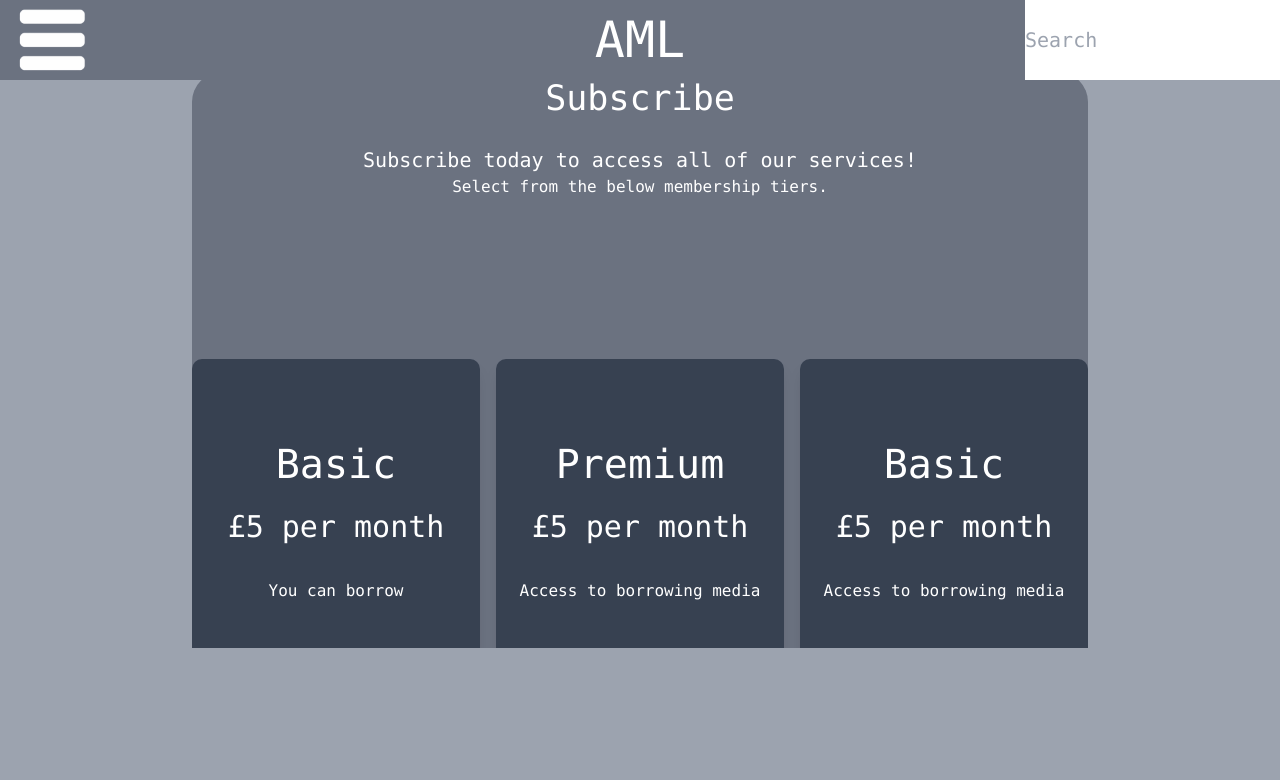
Repository: DuyKhanhDo/AML-Concept
Page: http://localhost/subscribe
The author's editor kept a copy of each file at every save. The page is drawn from the files as they stood at one save, then again after a run of saves.
The browser window is 1280 px wide. The pictures show the whole page.
Some web libraries are served in a nearby version. The page is served by the project's Laravel application, run on PHP 8.4 with Laravel 12. A made-up administrator, Test User (test@example.com), is signed in.

Above is the page before, as saved 2024-11-11 13:03:53.

After the next 4 saves:
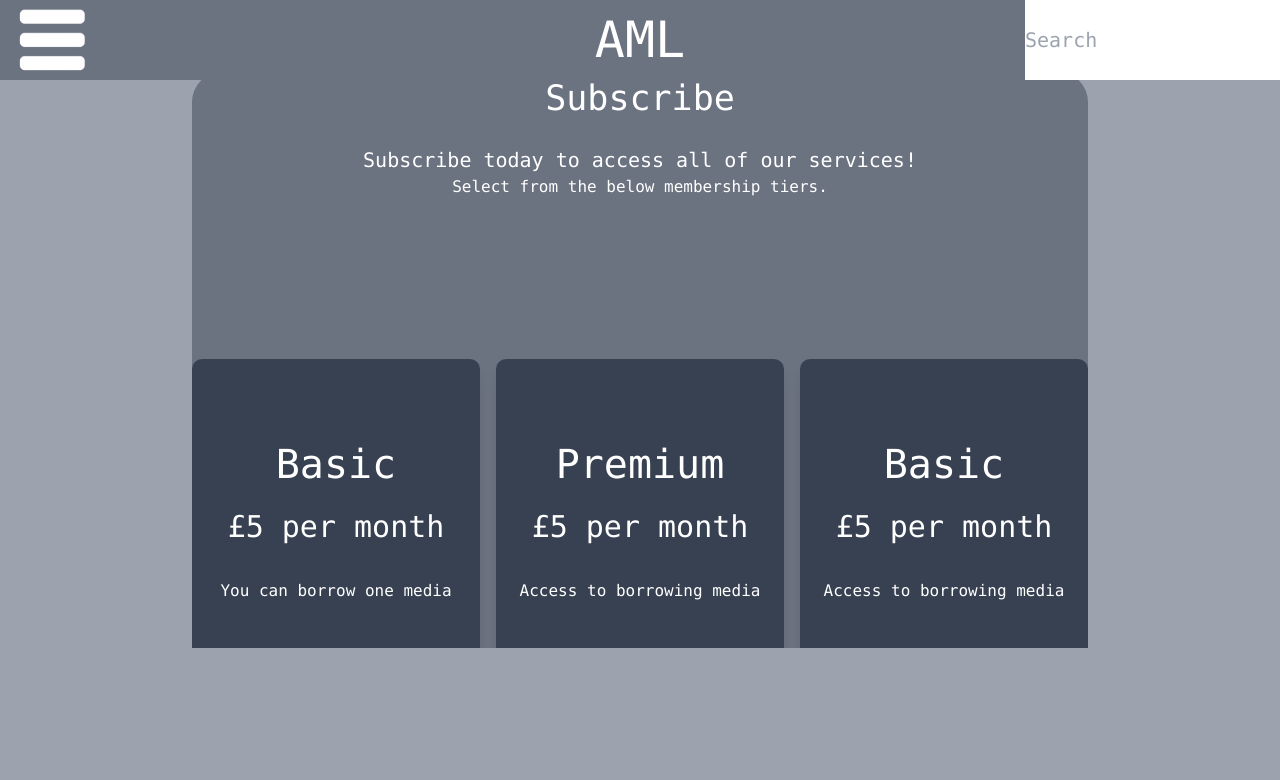
The 4 saves are shown as one change because they came seconds apart.
The last was saved 11 s later.
--- a/resources/views/subscribe.blade.php
+++ b/resources/views/subscribe.blade.php
@@ -6,7 +6,7 @@
                 <h3 class="text-[20px] mt-[20px]">Subscribe today to access all of our services!</h3>
                 <h5>Select from the below membership tiers.</h5>
                 <div class="flex overflow-x-auto w-full space-x-4 justify-center">
-                    <x-subscription-tier tier='Basic' price='£5' benefits='You can borrow '></x-subscription-tier>
+                    <x-subscription-tier tier='Basic' price='£5' benefits='You can borrow one media '></x-subscription-tier>
                     <x-subscription-tier tier='Premium' price='£5' benefits='Access to borrowing media'></x-subscription-tier>
                     <x-subscription-tier tier='Basic' price='£5' benefits='Access to borrowing media'></x-subscription-tier>
                 </div>
